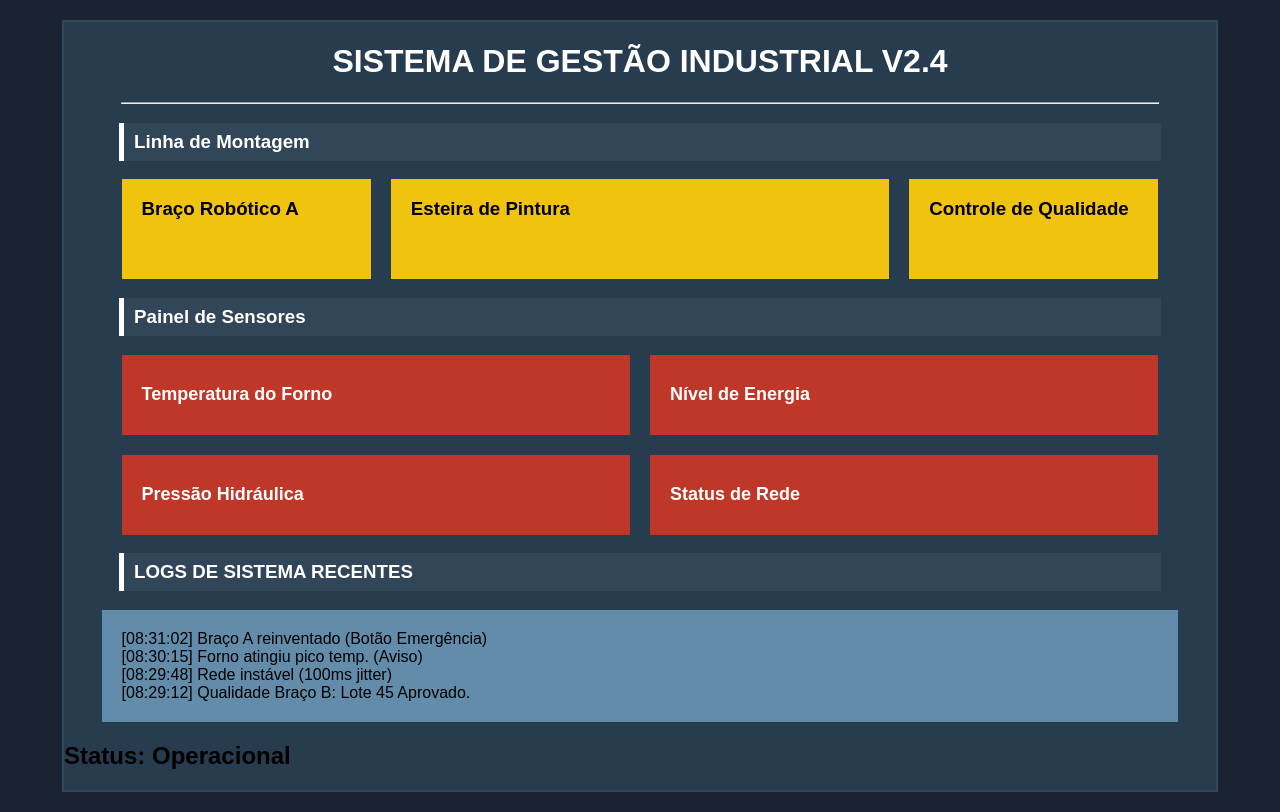
Repository: DanielEDapper/Front-WEG
Page: ProfeIgor/Aula5 - Dashboard Industrial/index.html
These files come from the project's save history. The page is drawn as it stood at one moment and after a run of saves; the edit follows.
The browser window is 1280 px wide. The pictures show the whole page.
Some icons come from a web library that is not loaded, so they are not drawn.

Above is the page before, as saved 2026-05-29 20:04:16.

After the next 2 saves:
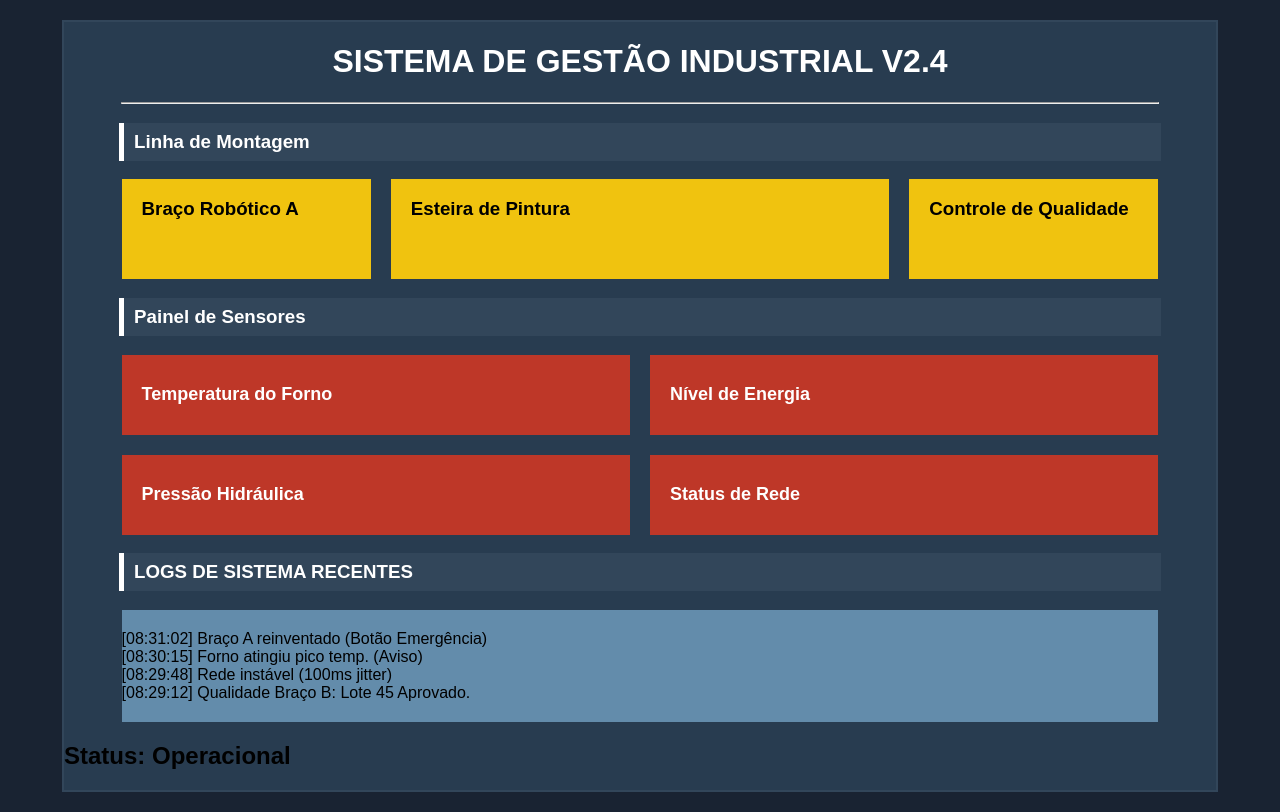
The 2 saves are shown as one change because they came seconds apart.
The last was saved 23 s later.
--- a/ProfeIgor/Aula5 - Dashboard Industrial/style.css
+++ b/ProfeIgor/Aula5 - Dashboard Industrial/style.css
@@ -125,7 +125,7 @@ hr{
     background-color: var(--accent-blue);
     width: 90%;
     justify-self: center;
-    padding: 20px;
+    padding: 20px 0px;
 }
 
 .container-logs p {
